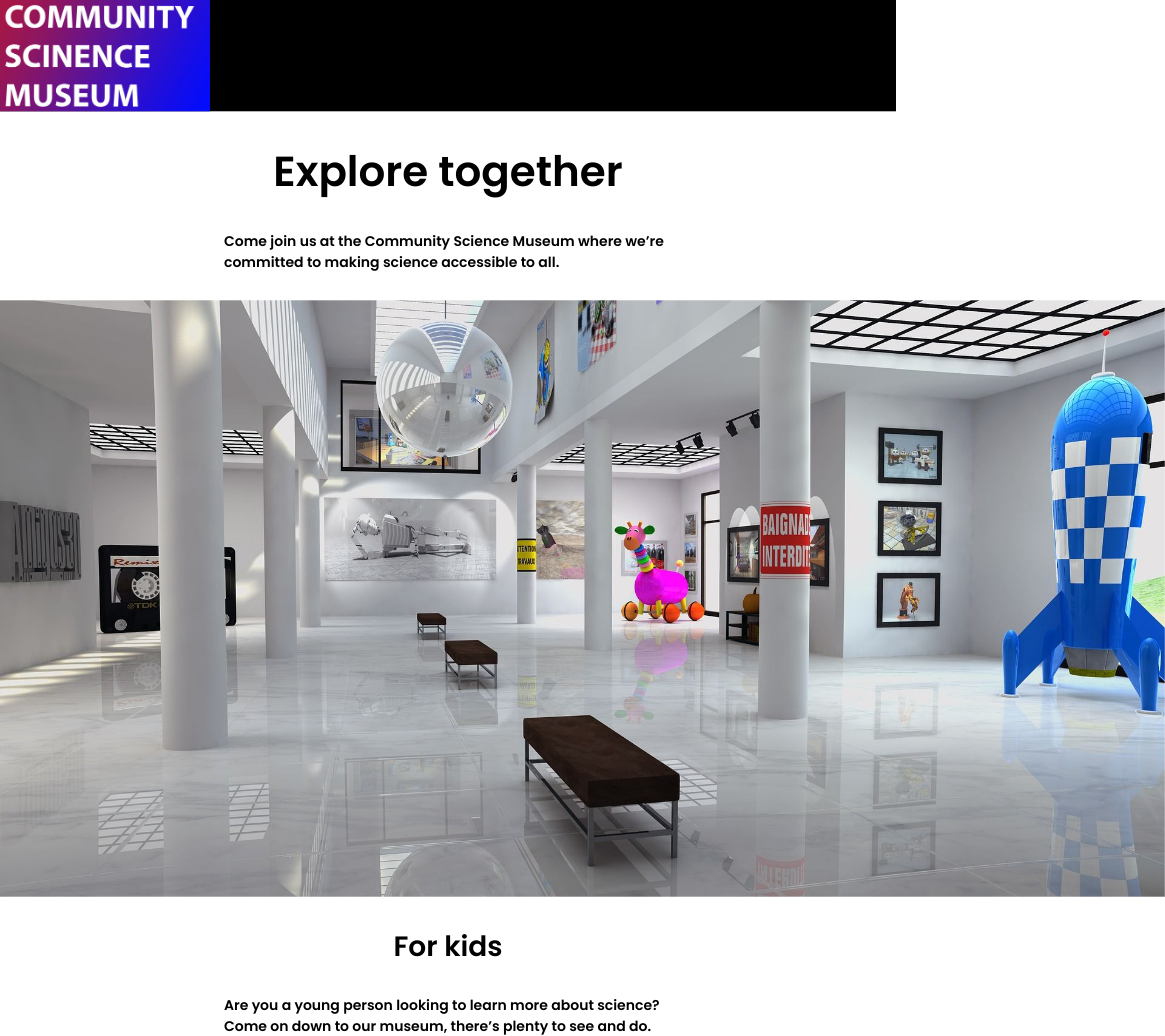
Repository: EpleWasTaken/Semester-Project
Page: index.html
The author's editor kept a copy of each file at every save. The page is drawn from the files as they stood at one save, then again after the next save.
The browser window is 1280 px wide. The page is 1664 px wide, so the pictures cover 1664 px, including what lies to the right of the window. The pictures show the part of the page from y = 0 to 1480 px (the page is 2456 px tall), at 70% of full size.
Some web libraries are served in a nearby version.

Above is the page before, as saved 2020-12-04 12:53:56.

After the next save:
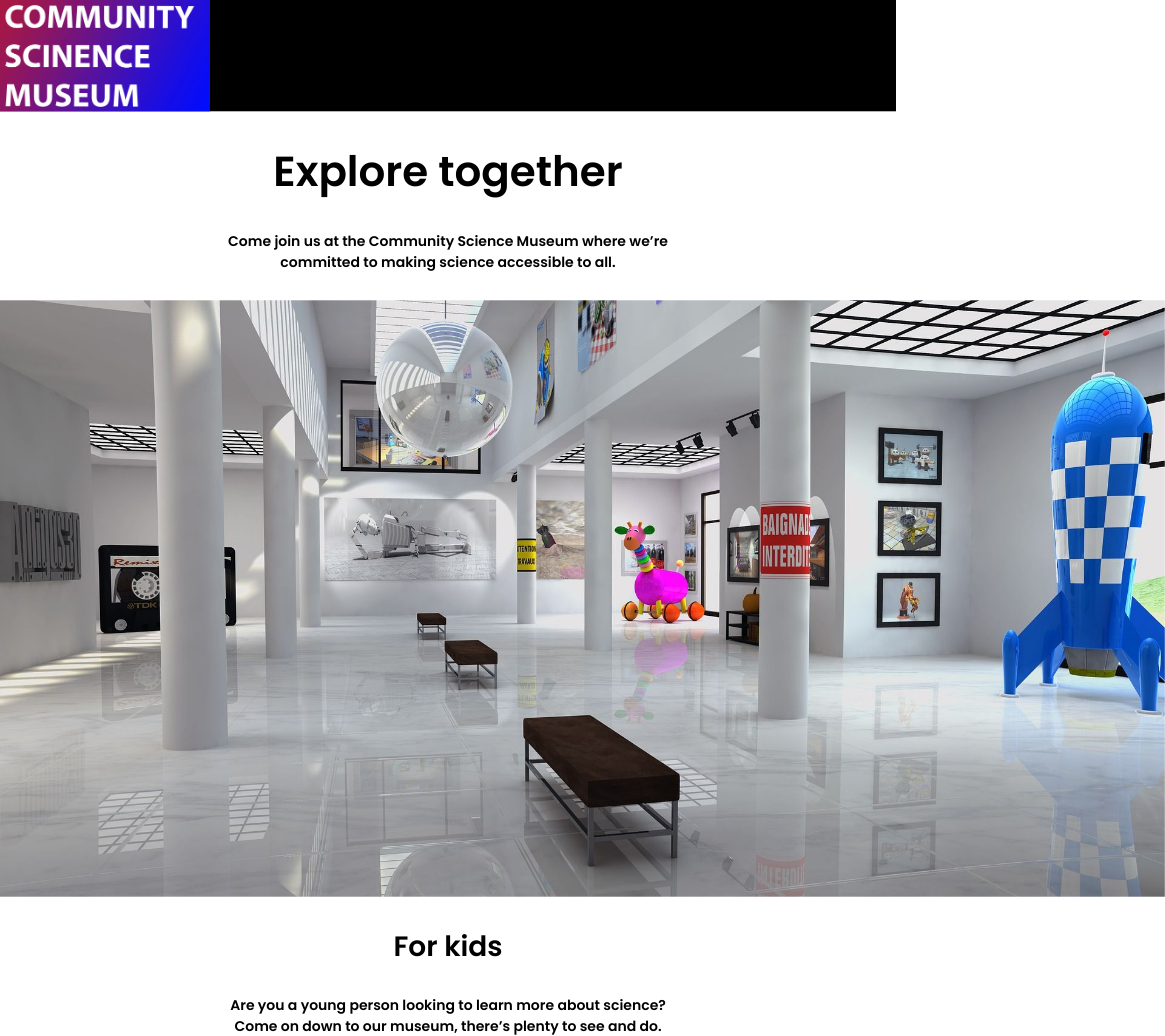
Saved 25 s later.
--- a/css/styles.css
+++ b/css/styles.css
@@ -86,6 +86,14 @@ ul {
 	align-items: center;
 }
 
+p {
+	display: flex;
+	flex-direction: column;
+	justify-content: center;
+	align-items: center;
+	text-align: center;
+}
+
 .footer-copyright {
 	display: flex;
 	flex-direction: column;
